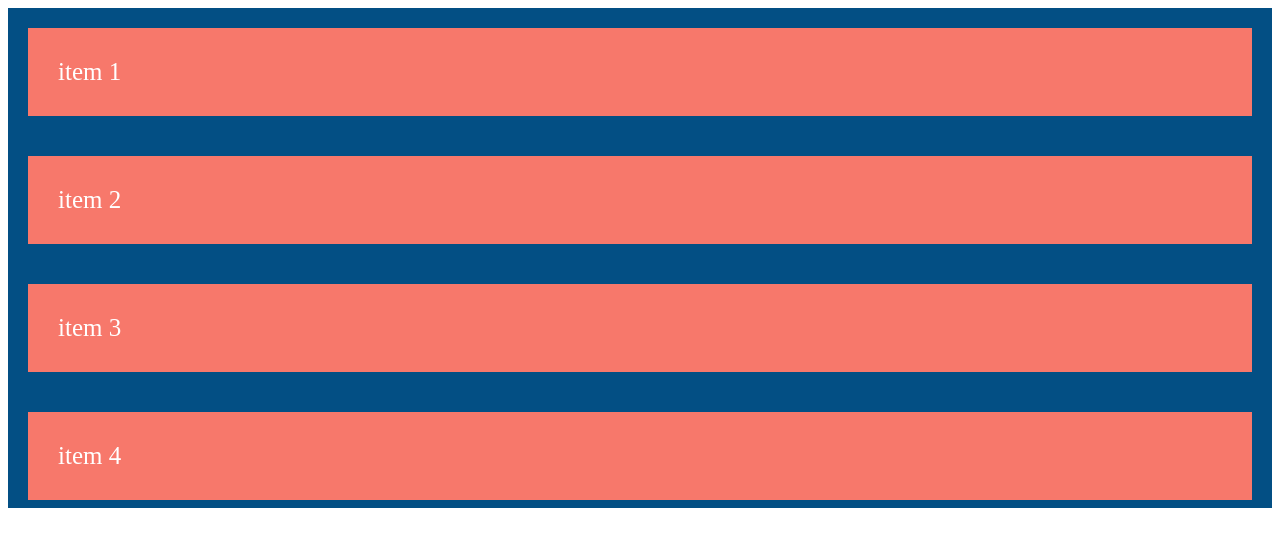
Repository: mehmetbuber38/flex
Page: flex-item-alignments.html
The author's editor kept a copy of each file at every save. The page is drawn from the files as they stood at one save, then again after the next save.
The browser window is 1280 px wide. The pictures show the whole page.

Above is the page before, as saved 2022-01-31 20:17:58.

After the next save:
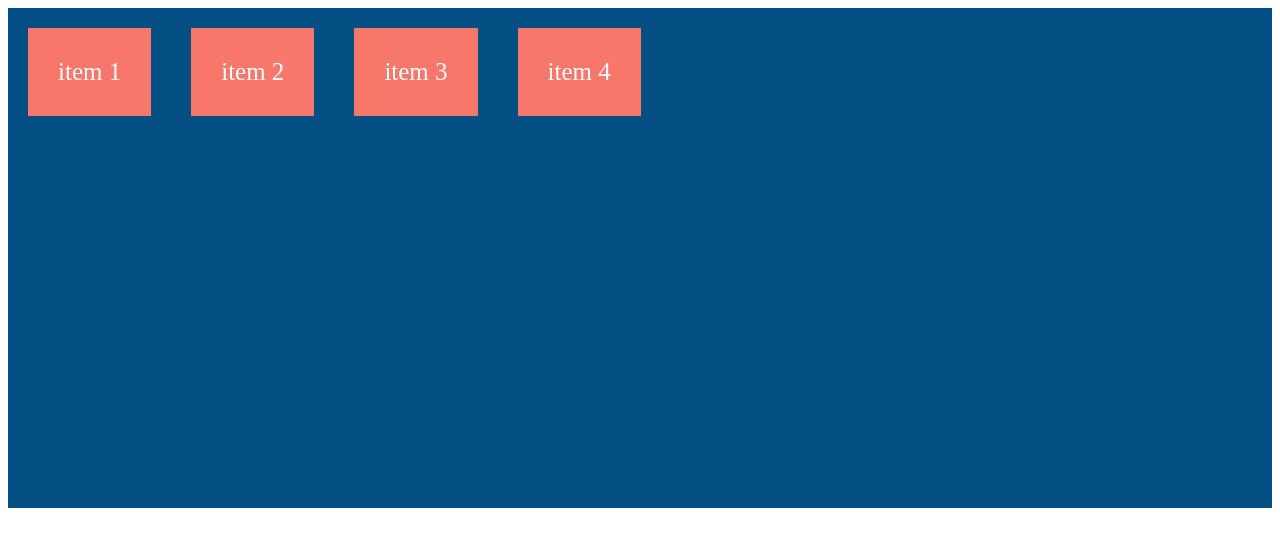
Saved 46 s later.
--- a/flex-item-alignments.html
+++ b/flex-item-alignments.html
@@ -10,7 +10,16 @@
 <style>
     .container {
         display: flex;
-        flex-direction: column;
+        /* flex-direction: column; */
+
+        align-items: flex-start;
+
+
+
+
+
+
+
         height: 500px;
         background-color: #034f84;
 
